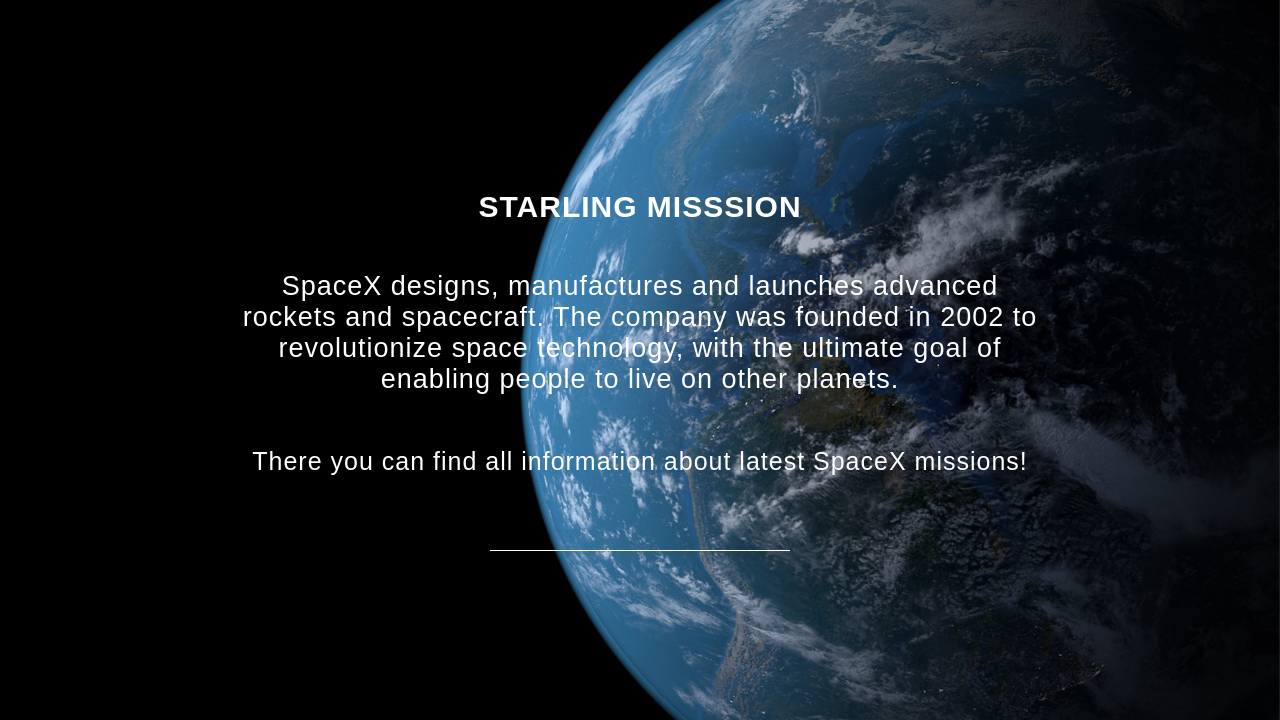
Repository: PJasiczek/vue-shop
Page: /#/
These files come from the project's save history. The page is drawn as it stood at one moment and after the next save; the edit follows.
The browser window is 1280 px wide. The pictures show the whole page.
Some web fonts or font styles are not loaded; a fallback is used. The project was rebuilt for these pictures with package versions that can differ from the ones it lists, and the page was loaded fresh each time.

Above is the page before, as saved 2020-04-06 18:30:46.

### src/App.vue
<template>
  <div class="wrapper">
    <BackgroundImage/>
    <Claim/>
    <SearchInput/>
  </div>
</template>

<script>

import debounce from 'lodash/debounce';

import Claim from '@/components/Claim.vue';

import SearchInput from '@/components/SearchInput.vue';

import BackgroundImage from '@/components/BackgroundImage.vue';

const axios = require('axios');

const API = 'https://api.spacexdata.com/v3/launches?rocket_name=';

export default {
  name: 'Search',
  components: {
    Claim, SearchInput, BackgroundImage,
  },
  data() {
    return {
      searchValue: '',
      results: [],
    };
  },
  methods: {
    // eslint-disable-next-line
    handleInput: debounce(function() {
      axios.get(`${API}${this.searchValue}`)
        .then((response) => {
          this.results = response.data;
          console.log(response.data);
        }).catch((error) => {
          console.log(error);
        });
    }, 500),
  },
};
</script>

<style lang="scss">
  @import url('https://fonts.googleapis.com/css2?family=Baloo+Thambi+2:wght@400;500;600;700;800&display=swap');
  *{
    box-sizing: border-box;
    -webkit-font-smoothing: antialiased;
    -moz-osx-font-smoothing: grayscale;
  }

  body{
    margin: 0;
    padding: 0;
    font-family: 'Baloo Thambi 2', sans-serif;
  }
  .wrapper{
    display: flex;
    width: 100%;
    min-height: 100vh;
    flex-direction: column;
    justify-content: center;
    align-items: center;
    margin: 0;
    padding: 30px;
  }

</style>

### src/components/Claim.vue
<template>
  <div class="claimWrapper">
      <h1 class="claim">STARLING MISSSION</h1>
      <p class="subclaim">SpaceX designs, manufactures and launches advanced rockets and spacecraft. The company was founded in 2002 to revolutionize space technology, with the ultimate goal of enabling people to live on other planets.</p>
      <p class="subclaim">There you can find all information about latest SpaceX missions!</p>
  </div>
</template>

<script>
/* eslint-disable eol-last */
export default {
  name: 'Claim',
};
</script>
<style lang="scss" scoped>
.claimWrapper{
    display: flex;
    flex-direction: column;
    justify-content: center;
    align-items: center;
    color: #ffffff;
    text-align: center;

    .claim{
        font-size: 25px;

        @media (min-width: 768px) {
            font-size: 45px;
        }

        @media (min-width: 1024px) {
            font-size: 30px;
            letter-spacing: 1px;
        }
    }

    .subclaim{

        @media (min-width: 768px) {
            width: 800px;
            letter-spacing: 1px;
        }

        @media (min-width: 1024px) {
            width: 800px;
            letter-spacing: 1px;
        }
    }

    .subclaim:first-of-type{
        font-size: 15px;

        @media (min-width: 768px) {
            font-size: 27px;
            font-weight: 200;
        }

        @media (min-width: 1024px) {
            width: 800px;
            letter-spacing: 1px;
        }
    }

    .subclaim:last-of-type{
        font-size: 16px;

        @media (min-width: 768px) {
            font-size: 25px;
            font-weight: 200;
        }

        @media (min-width: 1024px) {
            width: 800px;
            letter-spacing: 1px;
        }
    }
}

</style>

### src/components/SearchInput.vue
<template>
    <div class="searchWrapper">
      <input id="search" name="search" v-model="searchValue" @input="handleInput"/>
    </div>
</template>

<script>
/* eslint-disable eol-last */
export default {
  name: 'SearchInput',
};
</script>

<style lang="scss" scoped>
.searchWrapper{
  display: flex;
  flex-direction: column;
  align-items: center;

  input{
    height: 50px;
    border: 0;
    text-align: center;
    color: #ffffff;
    font-family: 'Baloo Thambi 2', sans-serif;
    border-bottom: 1px solid #ffffff;
    background: none;
    transition: width .25s ease-in-out;
    font-size: 14px;

    @media (min-width: 768px) {
        font-size: 23px;
        border-bottom: 1.5px solid #ffffff;
    }
  }

  input:focus{
      outline: none;
      width: 150%;
  }
}
</style>

### src/components/BackgroundImage.vue
<template>
  <div class="backgroudImage"/>
</template>

<script>
/* eslint-disable eol-last */
export default {
  name: 'BackgroudImage',
};
</script>
<style lang="scss" scoped>
.backgroudImage{
    position: fixed;
    top: 0;
    z-index: -1;
    width: 100%;
    height: 100vh;
    background: url('../assets/4.jpg');
    background-repeat: no-repeat;
    background-size: cover;
    background-position: 55% 70%;
}

</style>

Loaded but not shown: public/index.html (common file); src/main.js (common file)

After the next save:
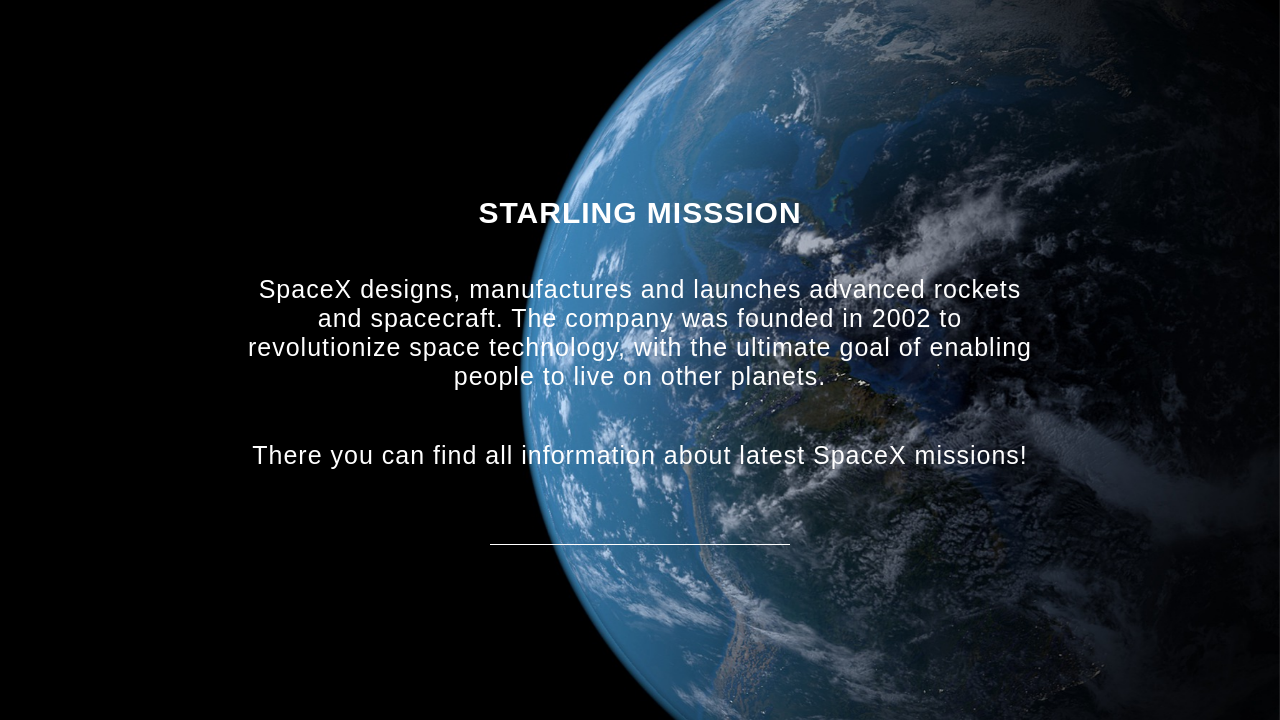
Saved 14 s later.
--- a/src/components/Claim.vue
+++ b/src/components/Claim.vue
@@ -56,7 +56,7 @@
         }
 
         @media (min-width: 1024px) {
-            width: 800px;
+            font-size: 25px;
             letter-spacing: 1px;
         }
     }
@@ -70,7 +70,7 @@
         }
 
         @media (min-width: 1024px) {
-            width: 800px;
+            font-size: 25px;
             letter-spacing: 1px;
         }
     }
